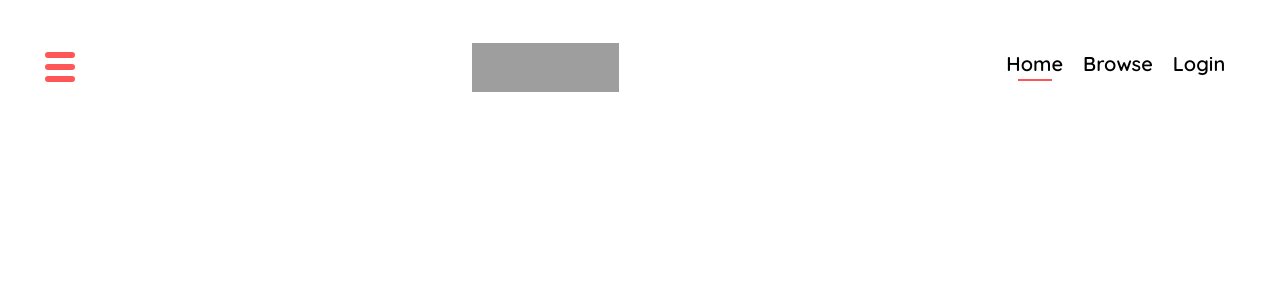
Repository: m-ahmadshaikh/shop-it
Page: /
The author's editor kept a copy of each file at every save. The page is drawn from the files as they stood at one save, then again after the next save.
The browser window is 1280 px wide. The pictures show the whole page.
Pictures or frames that could not be fetched are drawn as grey boxes. The project was rebuilt for these pictures with package versions that can differ from the ones it lists, and the page was loaded fresh each time. Also part of the build but not shown: vite.config.js.

Above is the page before, as saved 2022-10-08 21:46:50.

After the next save:
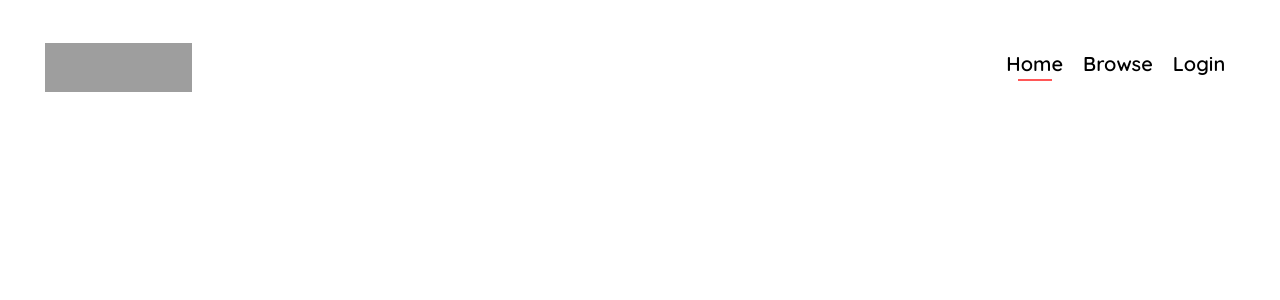
Saved 101 s later.
--- a/src/layouts/MainNavigation.module.css
+++ b/src/layouts/MainNavigation.module.css
@@ -137,7 +137,7 @@
 
 @media (min-width:600px) {
 
-  .hamburger {
+  .menu_button {
     display: none;
   }
 
